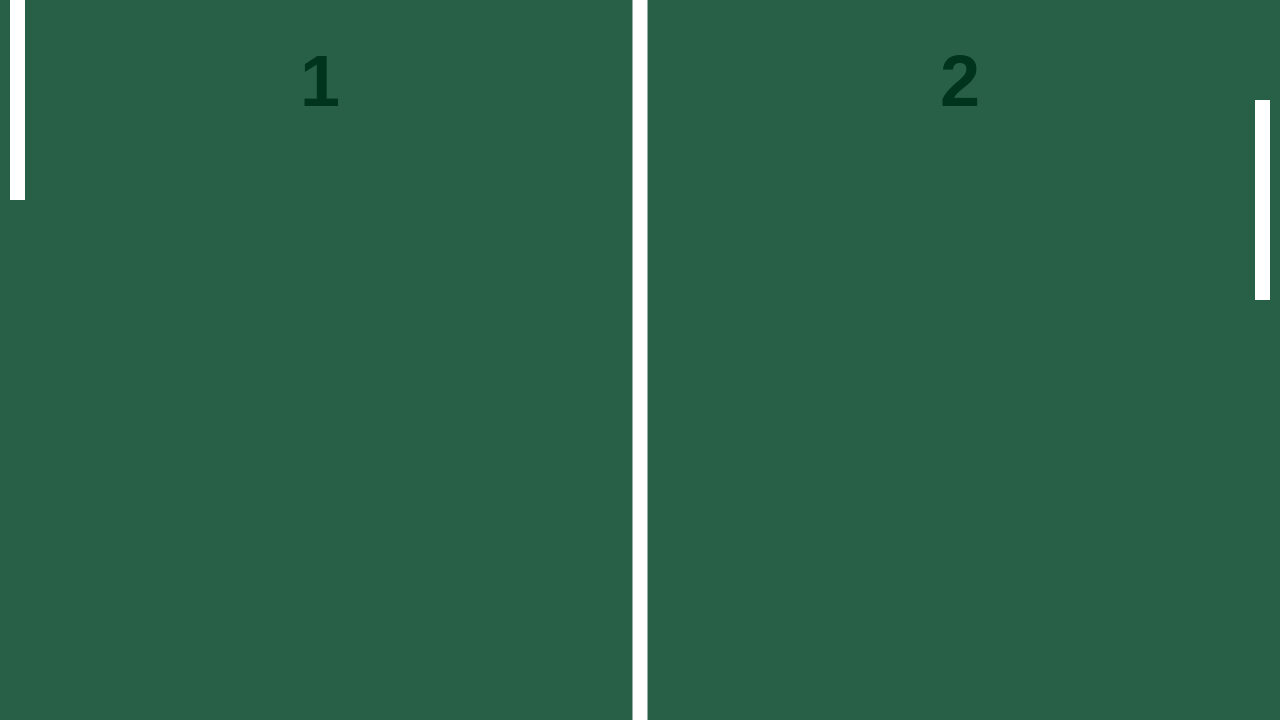
Repository: carlosrobertofigueiredo/Projeto-Ping-Pong
Page: index.html
These files come from the project's save history. The page is drawn as it stood at one moment and after the next save; the edit follows.
The browser window is 1280 px wide. The pictures show the whole page.

Above is the page before, as saved 2023-05-01 16:18:11.

### index.html
<!DOCTYPE html>
<html lang="en">
  <head>
    <meta charset="UTF-8" />
    <meta http-equiv="X-UA-Compatible" content="IE=edge" />
    <meta name="viewport" content="width=device-width, initial-scale=1.0" />
    <title>Jogo Ping-Pong</title>
    <style>
      * {
        overflow: hidden;
        margin: 0;
        padding: 0;
      }
    </style>
  </head>
  <body>
    <canvas></canvas>
    <script>
      //Captura o elemento canvas do DOM
      const canvasEl = document.querySelector("canvas"),
        canvasCtx = canvasEl.getContext("2d"),
        gapX = 10 //gapX = afastamento da raquete em relação a borda

        const mouse = { x: 0, y: 0}

      const field = {
        w: window.innerWidth,
        h: window.innerHeight,
        draw: function () {
          canvasCtx.fillStyle = "#286047" //fillStyle define o estilo do objeto
          canvasCtx.fillRect(0, 0, this.w, this.h) //fillRect define as medidas do retângulo, this - faz referência ao objeto interno
        },
      }

      const line = {
        w: 15,
        h: field.h,
        draw: function(){
          canvasCtx.fillStyle = "#ffffff"

         // desenha linha central
         canvasCtx.fillRect(field.w / 2 - this.w / 2, 0, this.w, this.h) // field faz referência ao objeto da cons field e o this aos parâmetros internos do próprio objeto

           /* const x = window.innerHeight / 2 - lineWidth / 2 //largura do campo dividido por dois e a largura divida por dois, caso queira mudar a espessura da linha no futuro fica mais fácil para centralizar a linha
        const y = 0 // onde começa a linha
        const w = lineWidth  //largura é a própria linha
        const h = window.innerHeight

        canvasCtx.fillRect(x,y,w,h) */

        },
      }

      const leftPaddle = {
        x: gapX,
        y: 0,
        w: line.w,
        h: 200,
        _move: function(){
          this.y = mouse.y
        },
        draw: function(){
          canvasCtx.fillStyle = "#ffffff"
          // desenha a raquete esquerda
        canvasCtx.fillRect(this.x, this.y, this.w, this.h)  //  this.x = afastamento da raquete da borda), this.y = altura da raquete em relação ao topo,  this.w = largura da linha, this.h = altura da raquete

         this._move()
       },
      }


      const rightPaddle = {
        x: field.w - line.w - gapX,
        y: 100,
        w: line.w,
        h: 200,
        draw: function(){
          canvasCtx.fillStyle = "#ffffff"
         // desenha a raquete direita
        canvasCtx.fillRect(this.x, this.y, this.w, this.h)  //  this.x = afastamento da raquete da borda), this.y = altura da raquete em relação ao topo,  this.w = largura da linha, this.h = altura da raquete
        },
      }

      const score = {
        human: 1,
        computer: 2,
        draw: function(){

          // desenha o placar
        canvasCtx.font = "bold 72px Arial"
        canvasCtx.textAlign = "center"
        canvasCtx.textBaseline = "top"
        canvasCtx.fillStyle = "#01341D"
        canvasCtx.fillText(this.human, field.w / 4, 50) //primeiro parâmetro é o texto do placar = 3, o segundo parâmento é o primeiro 1/4 do campo = window.innerWidth / 4, o terceiro parâmetro é o y que corresponde a altura do placar.
        canvasCtx.fillText(this.computer, field.w / 4 + field.w / 2, 50)

        },

      }

      const ball = {

        x: 370,
        y: 120,
        r:  20,
        speed: 5,
        _move: function(){
          this.x +=1 * this.speed
          this.y +=1 * this.speed
        },
        draw: function() {

          // desenha a bolinha
        canvasCtx.fillStyle = "#ffffff"
        canvasCtx.beginPath()  //o comando arc não tem um comando fillarc, por isso é necessário colocar o arc entre o beginPath() e o fill()
        canvasCtx.arc(this.x, this.y, this.r, 0, 2 * Math.PI, false)  //arc(x, y, r, 0, 0.0 * Math.PI, false) x,y = posição do arco(bolinha), r = tamanho da bolinha, 0 = inicio do arco, 2.0 * PI define o circulo
        canvasCtx.fill()

        this._move()

        },

        }


       /*Função p/ definir altura e largura do campo*/
       function setup() {
        canvasEl.width = canvasCtx.width = field.w
        canvasEl.height = canvasCtx.height = field.h
      }

      /* Função de desenho dos elementos do campo*/
        function draw() {
        field.draw()
        line.draw()
        leftPaddle.draw()
        rightPaddle.draw()
        score.draw()
        ball.draw()

      }




      window.animateFrame = ( function () {
         return(
           window.requestAnimationFrame ||
           window.webkitRequestAnimationFrame ||
           window.mozRequestAnimationFrame ||
           window.oRequestAnimationFrame ||
           window.msRequestAnimationFrame ||
           function (callback) {
            return window.setTimeout(callback, 1000 / 60)
           }
          )
         })()

         function main() {
          animateFrame(main)
          draw()
         }

         setup()
         main()

         canvasEl.addEventListener("mousemove", function (e) {
          mouse.x = e.pageX
          mouse.y = e.pageY



         })


    </script>
  </body>
</html>

After the next save:
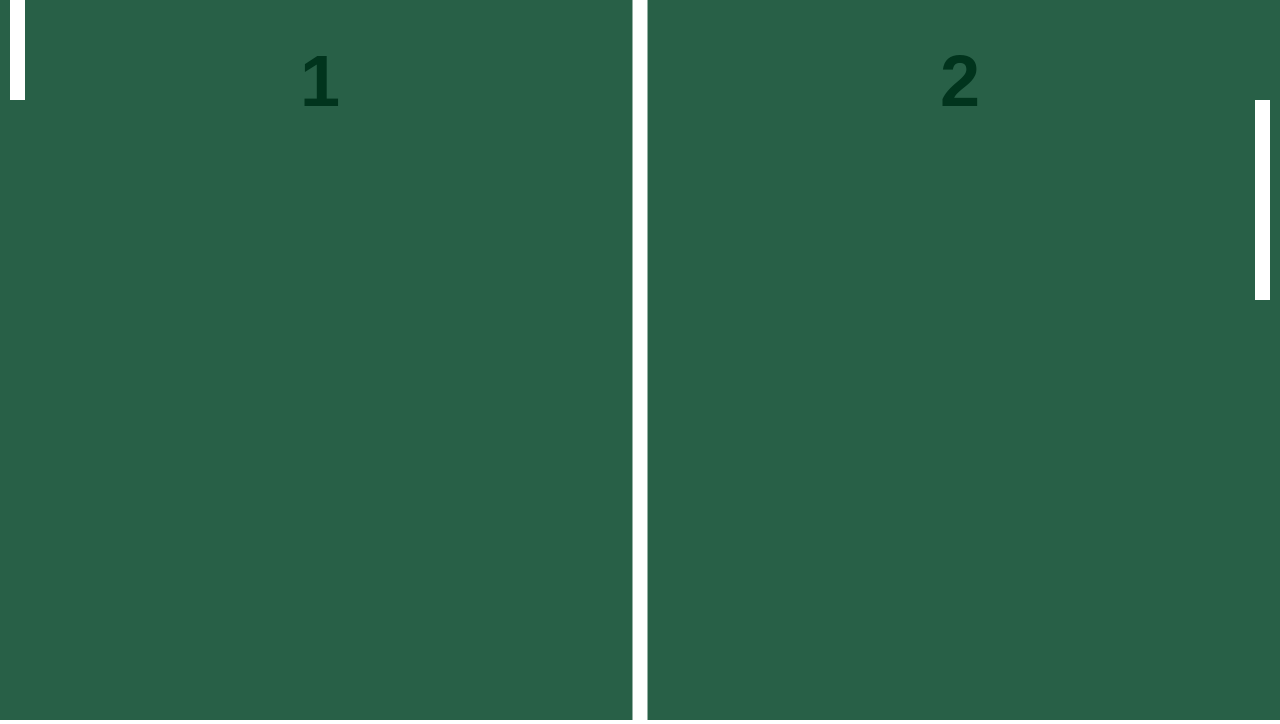
Saved 63 s later.
--- a/index.html
+++ b/index.html
@@ -57,7 +57,7 @@
         w: line.w,
         h: 200,
         _move: function(){
-          this.y = mouse.y
+          this.y = mouse.y - this.h / 2
         },
         draw: function(){
           canvasCtx.fillStyle = "#ffffff"
